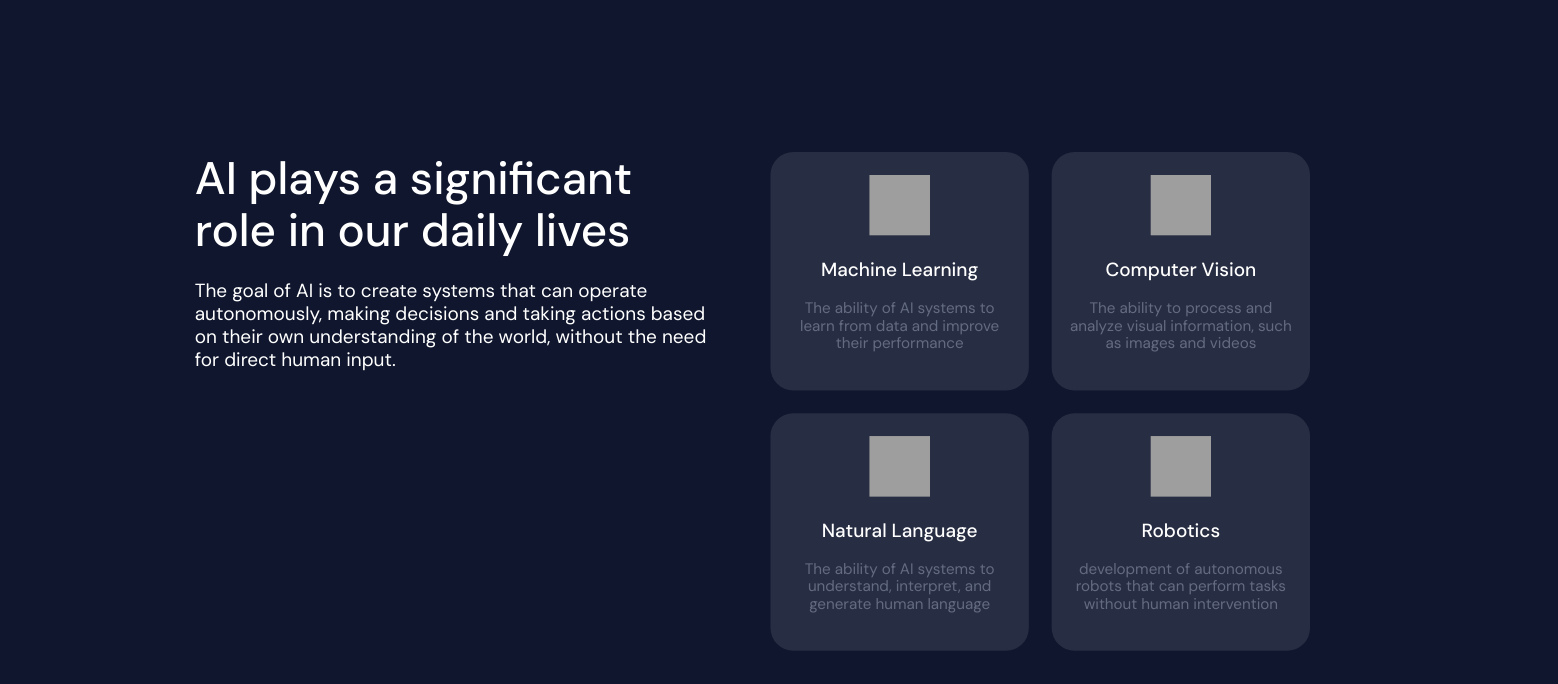
Repository: guli95/four-areas-of-AI-INVO-ACAdemy
Page: /
The author's editor kept a copy of each file at every save. The page is drawn from the files as they stood at one save, then again after the next save.
The browser window is 1280 px wide. The page is 1600 px wide, then 1640 px, then 1600 px, so the pictures cover 1640 px, including what lies to the right of the window. The pictures show the whole page, at 95% of full size.
Pictures or frames that could not be fetched are drawn as grey boxes. The project was rebuilt for these pictures with package versions that can differ from the ones it lists, and the page was loaded fresh each time.

Above is the page before, as saved 2023-03-13 14:46:19.

### index.html
<!DOCTYPE html>
<html lang="en">

<head>
  <meta charset="UTF-8" />
  <link rel="icon" type="image/svg+xml" href="/vite.svg" />
  <meta name="viewport" content="width=device-width, initial-scale=1.0" />
  <title>Four AI areas</title>
</head>

<!-- In order to start your challenge, remove all the content inside <div id="home-page"></div> and start coding :) -->

<body>
  <div id="home-page">
    <div class="flexbox-container">
      <div class="heading-wrapper">
        <h1 class="heading-title">AI plays a significant role in our daily lives</h1>
        <p class="heading-text">The goal of AI is to create systems that can operate autonomously, making decisions and taking actions based on their own understanding of the world, without the need for direct human input.</p>
      </div>
      <div class="card-container">
        <a href="" class="card-link">
        <div class="card">
          <img src="./public/images/card-icon1.png" alt="" class="card-img" role="presentation">
          <h3 class="card-title">Machine Learning</h3>
          <p class="card-text">The ability of AI systems to learn from data and improve their performance</p>
        </div>
        </a>
        <a href="" class="card-link">
        <div class="card">
          <img src="./public/images/card-icon2.png" alt="" class="card-img" role="presentation">
          <h3 class="card-title">Computer Vision</h3>
          <p class="card-text">The ability to process and analyze visual information, such as images and videos</p>
        </div>
        </a>
        <a href="" class="card-link">
        <div class="card">
          <img src="./public/images/card-icon3.png" alt="" class="card-img" role="presentation">
          <h3 class="card-title">Natural Language</h3>
          <p class="card-text">The ability of AI systems to understand, interpret, and generate human language</p>
        </div>
        </a>
        <a href="" class="card-link">
        <div class="card">
          <img src="./public/images/card-icon4.png" alt="" class="card-img" role="presentation">
          <h3 class="card-title">Robotics</h3>
          <p class="card-text">development of autonomous robots that can perform tasks without human intervention</p>
        </div>
        </a>
      </div>
    </div>
  </div>

  <script type="module" src="/src/global-scripts/main.js"></script>
</body>

</html>

### src/global-scripts/main.js
/// Main JavaScript File
/// Here we import all the global JavaScript files we need for our project.

import "../global-styles/style.scss";
import "../../src/pages/home-page/styles/home-page.scss";

### src/global-styles/style.scss
/// Main Styles File
/// Here we import all the global Styles files we need for our project.

@import "styles/normalize.scss";
@import "styles/root.scss";
@import "styles/fonts.scss";

body {
  font-family: 'DS sans', sans-serif;
  color: var(--color-primary);
}

p {
  color: var(--color-on-surface);
}

### src/pages/home-page/styles/home-page.scss
/// Homepage Styles File
/// Here we import all the Styles files we need for our Homepage.
@import '../../../global-styles/styles/_root.scss';

#home-page{
    color: var(--color-white);
    font-family: 'DM Sans',sans-serif;
    height: 100%;

 .flexbox-container{
    width: 1600px;
    display: flex;
    justify-content: center;
    gap: 40px;
    margin: 160px auto 0 auto;
    @media screen and (max-width:1024px) {
        flex-direction:column;
        align-items: center;
        gap:24px;
    }
    @media screen and (max-width:480px) {
        padding: 48px 16px;
    }
    .heading-wrapper{
        font-family: "DM Sans", sans-serif;
        text-align: left ;
        vertical-align: top;
        max-width: 550px;
        @media screen and (max-width:1024px) {
            width: 100%;
            padding: 0 16px;
        }
        .heading-title{
            font-size: var(--text-xl);
            font-weight: 500;
            line-height: 115%;
            margin: 0 0 24px 0;
            @media screen and (max-width:1024px) {
                margin-bottom: 16px;
            }
            @media screen and (max-width:1024px) {
                font-size: var(--text-l);
            }
        }
        .heading-text{
            font-size: var(--text-m);
            line-height: 24px;
            font-weight: 400;

        }
        @media screen and (max-width:480px) {
            font-size: var(--text-s);
        }
    }
    .card-container{
        display: flex;
        justify-content: center;
        flex-wrap: wrap;
        gap: 24px;
        max-width: 600px;
        @media screen and (max-width:1024px) {
            width: 100%;
            gap:16px;
        }
        .card-link{
            display: flex;
            color: var(--color-white);
            text-decoration: none;
            flex-direction: column;
            justify-content: space-around;
            align-items: center;
            width: 40%;
            padding: 24px 16px;
            background-color:var(--color-secondary-grey);
            text-align: center;
            border-radius: var(--rounding-big);
            transition: .2s;
            &:hover{
                background-color: lighten($color: #272D42, $amount: 10) ;
            }
            @media screen and (max-width:480px) {
                width: 100%;
            }
            .card-img{
                width: 64px;
                height: 64px;
                @media screen and (max-width:1024px) {
                    width: 56px;
                    height: 56px;
                }
            }
            .card-title{
                font-size: var(--text-m);
                font-weight: 500;
            }
            .card-text{
                font-size: var(--text-s);
                mix-blend-mode:soft-light;
                @media screen and (max-width:1024px) {
                    font-size: var(--text-xs);
                }
            }
        }

    }
}

}

### src/global-styles/styles/normalize.scss
/*! normalize.css v8.0.1 | MIT License | github.com/necolas/normalize.css */

/* Document
   ========================================================================== */

/**
 * 1. Correct the line height in all browsers.
 * 2. Prevent adjustments of font size after orientation changes in iOS.
 */

html {
  line-height: 1.15; /* 1 */
  -webkit-text-size-adjust: 100%; /* 2 */
  background-color: var(--color-primary-dark-blue);
}

/* Sections
   ========================================================================== */

/**
 * Remove the margin in all browsers.
 */

body {
  margin: 0;
}

/**
 * Render the `main` element consistently in IE.
 */

main {
  display: block;
}

/**
 * Correct the font size and margin on `h1` elements within `section` and
 * `article` contexts in Chrome, Firefox, and Safari.
 */

h1 {
  font-size: 2em;
  margin: 0.67em 0;
}

/* Grouping content
   ========================================================================== */

/**
 * 1. Add the correct box sizing in Firefox.
 * 2. Show the overflow in Edge and IE.
 */

hr {
  box-sizing: content-box; /* 1 */
  height: 0; /* 1 */
  overflow: visible; /* 2 */
}

/**
 * 1. Correct the inheritance and scaling of font size in all browsers.
 * 2. Correct the odd `em` font sizing in all browsers.
 */

pre {
  font-family: monospace, monospace; /* 1 */
  font-size: 1em; /* 2 */
}

/* Text-level semantics
   ========================================================================== */

/**
 * Remove the gray background on active links in IE 10.
 */

a {
  background-color: transparent;
}

/**
 * 1. Remove the bottom border in Chrome 57-
 * 2. Add the correct text decoration in Chrome, Edge, IE, Opera, and Safari.
 */

abbr[title] {
  border-bottom: none; /* 1 */
  text-decoration: underline; /* 2 */
  text-decoration: underline dotted; /* 2 */
}

/**
 * Add the correct font weight in Chrome, Edge, and Safari.
 */

b,
strong {
  font-weight: bolder;
}

/**
 * 1. Correct the inheritance and scaling of font size in all browsers.
 * 2. Correct the odd `em` font sizing in all browsers.
 */

code,
kbd,
samp {
  font-family: monospace, monospace; /* 1 */
  font-size: 1em; /* 2 */
}

/**
 * Add the correct font size in all browsers.
 */

small {
  font-size: 80%;
}

/**
 * Prevent `sub` and `sup` elements from affecting the line height in
 * all browsers.
 */

sub,
sup {
  font-size: 75%;
  line-height: 0;
  position: relative;
  vertical-align: baseline;
}

sub {
  bottom: -0.25em;
}

sup {
  top: -0.5em;
}

/* Embedded content
   ========================================================================== */

/**
 * Remove the border on images inside links in IE 10.
 */

img {
  border-style: none;
}

/* Forms
   ========================================================================== */

/**
 * 1. Change the font styles in all browsers.
 * 2. Remove the margin in Firefox and Safari.
 */

button,
input,
optgroup,
select,
textarea {
  font-family: inherit; /* 1 */
  font-size: 100%; /* 1 */
  line-height: 1.15; /* 1 */
  margin: 0; /* 2 */
}

/**
 * Show the overflow in IE.
 * 1. Show the overflow in Edge.
 */

button,
input { /* 1 */
  overflow: visible;
}

/**
 * Remove the inheritance of text transform in Edge, Firefox, and IE.
 * 1. Remove the inheritance of text transform in Firefox.
 */

button,
select { /* 1 */
  text-transform: none;
}

/**
 * Correct the inability to style clickable types in iOS and Safari.
 */

button,
[type="button"],
[type="reset"],
[type="submit"] {
  -webkit-appearance: button;
}

/**
 * Remove the inner border and padding in Firefox.
 */

button::-moz-focus-inner,
[type="button"]::-moz-focus-inner,
[type="reset"]::-moz-focus-inner,
[type="submit"]::-moz-focus-inner {
  border-style: none;
  padding: 0;
}

/**
 * Restore the focus styles unset by the previous rule.
 */

button:-moz-focusring,
[type="button"]:-moz-focusring,
[type="reset"]:-moz-focusring,
[type="submit"]:-moz-focusring {
  outline: 1px dotted ButtonText;
}

/**
 * Correct the padding in Firefox.
 */

fieldset {
  padding: 0.35em 0.75em 0.625em;
}

/**
 * 1. Correct the text wrapping in Edge and IE.
 * 2. Correct the color inheritance from `fieldset` elements in IE.
 * 3. Remove the padding so developers are not caught out when they zero out
 *    `fieldset` elements in all browsers.
 */

legend {
  box-sizing: border-box; /* 1 */
  color: inherit; /* 2 */
  display: table; /* 1 */
  max-width: 100%; /* 1 */
  padding: 0; /* 3 */
  white-space: normal; /* 1 */
}

/**
 * Add the correct vertical alignment in Chrome, Firefox, and Opera.
 */

progress {
  vertical-align: baseline;
}

/**
 * Remove the default vertical scrollbar in IE 10+.
 */

textarea {
  overflow: auto;
}

/**
 * 1. Add the correct box sizing in IE 10.
 * 2. Remove the padding in IE 10.
 */

[type="checkbox"],
[type="radio"] {
  box-sizing: border-box; /* 1 */
  padding: 0; /* 2 */
}

/**
 * Correct the cursor style of increment and decrement buttons in Chrome.
 */

[type="number"]::-webkit-inner-spin-button,
[type="number"]::-webkit-outer-spin-button {
  height: auto;
}

/**
 * 1. Correct the odd appearance in Chrome and Safari.
 * 2. Correct the outline style in Safari.
 */

[type="search"] {
  -webkit-appearance: textfield; /* 1 */
  outline-offset: -2px; /* 2 */
}

/**
 * Remove the inner padding in Chrome and Safari on macOS.
 */

[type="search"]::-webkit-search-decoration {
  -webkit-appearance: none;
}

/**
 * 1. Correct the inability to style clickable types in iOS and Safari.
 * 2. Change font properties to `inherit` in Safari.
 */

::-webkit-file-upload-button {
  -webkit-appearance: button; /* 1 */
  font: inherit; /* 2 */
}

/* Interactive
   ========================================================================== */

/*
 * Add the correct display in Edge, IE 10+, and Firefox.
 */

details {
  display: block;
}

/*
 * Add the correct display in all browsers.
 */

summary {
  display: list-item;
}

/* Misc
   ========================================================================== */

/**
 * Add the correct display in IE 10+.
 */

template {
  display: none;
}

/**
 * Add the correct display in IE 10.
 */

[hidden] {
  display: none;
}

### src/global-styles/styles/root.scss
/// Root Styles file
/// Here we define all the root variables we need for our project.
/// For examples see Material Design color system: https://m2.material.io/design/color/the-color-system.html

:root {
    $--color-primary-dark-blue: #0F162D !global;
    --color-primary-pink: #CA59FF;
    --color-primary-purple: #6C7CFF;
    --color-primary-green: #2AFFFF;
    --color-primary-yellow: #FFF629;
    --color-white: #FFFFFF;
    --color-black: #000;
    --color-secondary-grey:#272D42;

}

### src/global-styles/styles/fonts.scss
/// Main Fonts File
/// Here we import all the fonts files we need for our project.

@import url('https://fonts.googleapis.com/css2?family=Roboto:ital,wght@0,100;0,300;0,400;0,500;0,700;0,900;1,100;1,300;1,400;1,500;1,700;1,900&display=swap');
@import url('https://fonts.googleapis.com/css2?family=DM+Sans:wght@400;500&display=swap');

### src/global-styles/styles/_root.scss
/// Root Styles file
/// Here we define all the root variables we need for our project.
/// For examples see Material Design color system: https://m2.material.io/design/color/the-color-system.html

:root {
    //colors
    --color-primary-dark-blue: #0F162D ;
    --color-primary-pink: #CA59FF;
    --color-primary-purple: #6C7CFF;
    --color-primary-green: #2AFFFF;
    --color-primary-yellow: #FFF629;
    --color-white: #FFFFFF;
    --color-black: #000;
    --color-secondary-grey:#272D42;

    //font-size
    --text-xl:48px;
    --text-l:32px;
    --text-m:20px;
    --text-s:16px;
    --text-xs:14px;

    //rounding
    --rounding-big:24px;
    --rounding-small:16px;
}

After the next save:
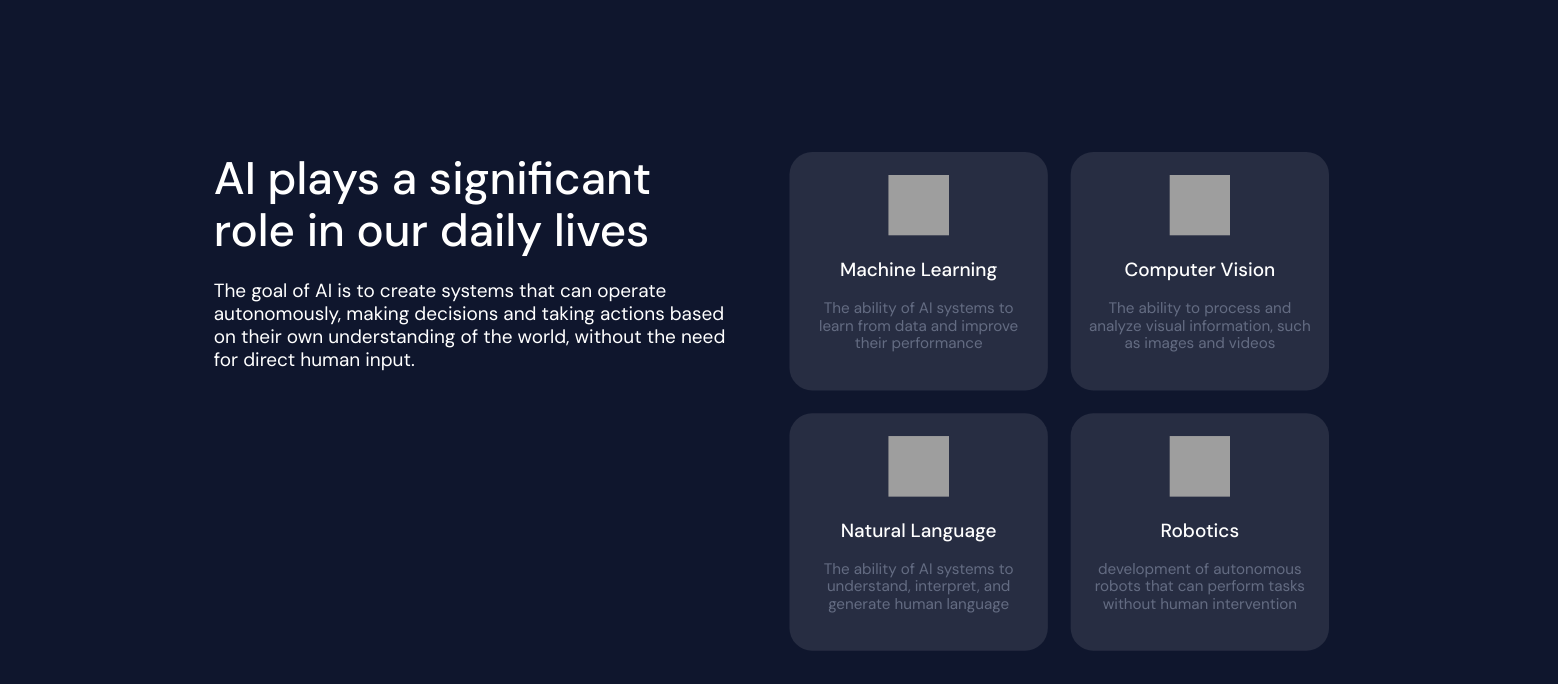
Saved 16 s later.
--- a/src/pages/home-page/styles/home-page.scss
+++ b/src/pages/home-page/styles/home-page.scss
@@ -8,7 +8,7 @@
     height: 100%;
 
  .flexbox-container{
-    width: 1600px;
+    width: 1640px;
     display: flex;
     justify-content: center;
     gap: 40px;

After the save that followed:
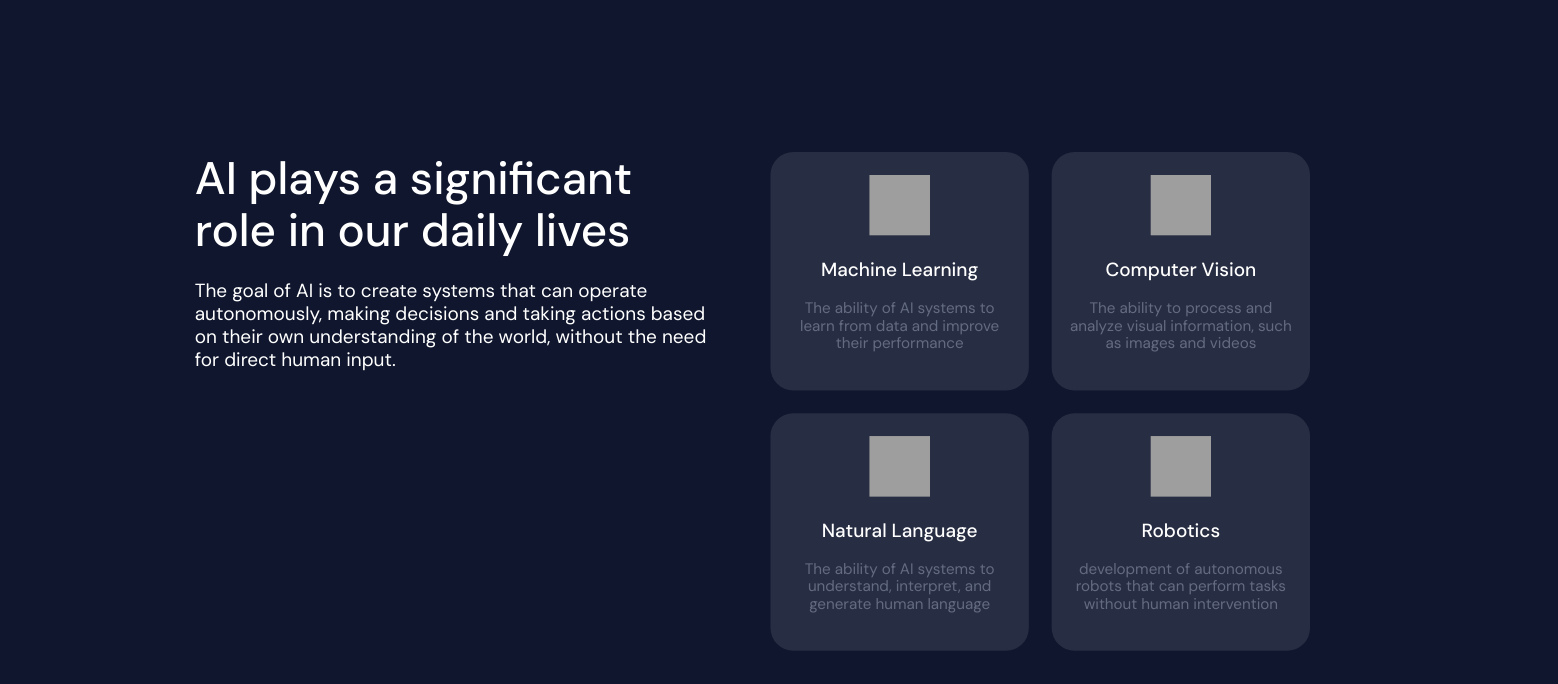
Saved 9 s later.
--- a/src/pages/home-page/styles/home-page.scss
+++ b/src/pages/home-page/styles/home-page.scss
@@ -8,7 +8,7 @@
     height: 100%;
 
  .flexbox-container{
-    width: 1640px;
+    width: 1600px;
     display: flex;
     justify-content: center;
     gap: 40px;
